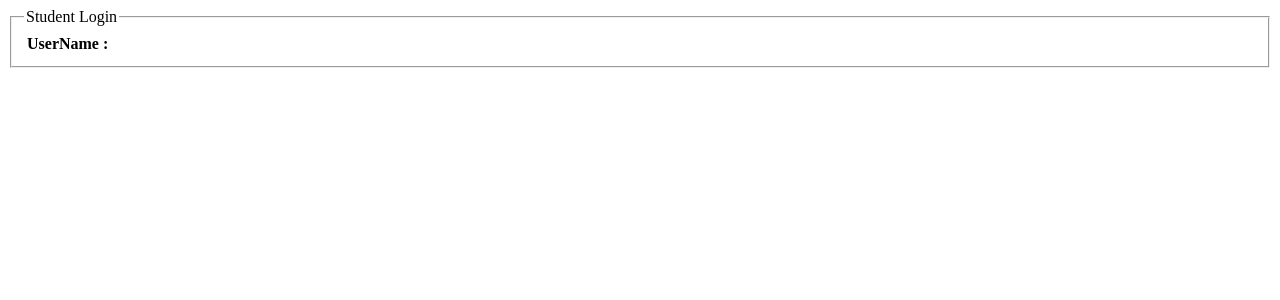
Repository: Harshithahamsa/java_practice
Page: http://localhost/student/login
These files come from the project's save history. The page is drawn as it stood at one moment and after the next save; the edit follows.
The browser window is 1280 px wide. The pictures show the whole page.
The page is served by Tomcat 9.

Above is the page before, as saved 2022-01-27 13:10:16.

After the next save:
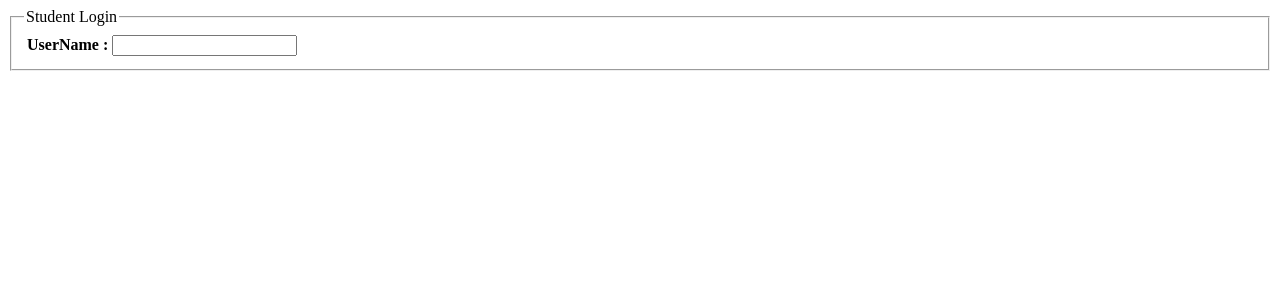
Saved 2 min 1 s later.
--- a/HibernateWithJPA/student/src/main/webapp/WEB-INF/views/login.jsp
+++ b/HibernateWithJPA/student/src/main/webapp/WEB-INF/views/login.jsp
@@ -13,6 +13,7 @@
 		<table>
 			<tr>
 				<th> <label>UserName : </label> </th>
+				<td> <input type="text" name="username"> </td>
 			 </tr>
 		</table>
 
